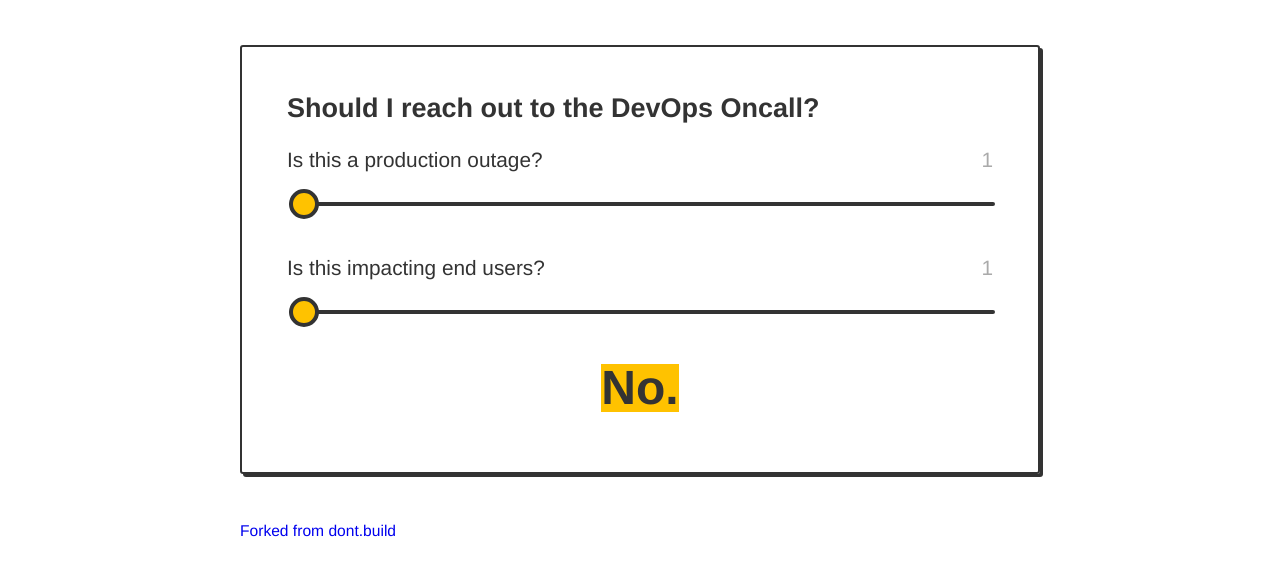
Repository: harishbsrinivas/dont.call
Page: index.html
These files come from the project's save history. The page is drawn as it stood at one moment and after the next save; the edit follows.
The browser window is 1280 px wide. The pictures show the whole page.

Above is the page before, as saved 2022-12-03 18:48:43.

### index.html
<!DOCTYPE html>
<html lang="en-US">

<head>
    <meta charset="utf-8" />
    <title>Should I reach out to the DevOps oncall?</title>
    <meta name="description"
        content="A simple, opinionated decision system to help decide whether to reach out to the Devops oncall?" />
    <link rel="shortcut icon" href="https://dont.build/favicon.png" />
    <meta property="og:image" content="https://dont.build/thumb.png">
    <meta name="viewport" content="width=device-width, initial-scale=1" />
    <link href="style.css?v=2" rel="stylesheet" type="text/css" />
</head>

<body>

    <div class="container">
        <section class="box">
            <h1 class="title">Should I reach out to the DevOps Oncall?</h1>
            <br />
            <form class="form">
                <fieldset class="p-outage">
                    <span class="value"></span>
                    <label>Is this a production outage?</label>
                    <input type="range" min="1" max="2" step="1" value="1" />
                </fieldset>
                <fieldset class="p-error">
                    <span class="value"></span>
                    <label>Is this impacting end users?</label>
                    <input type="range" min="1" max="3" step="1" value="1" />
                </fieldset>
            </form>
            <h1 class="answer">
                <span><span class="bool"></span><span class="percent"></span></span>
            </h1>
        </section>

        <noscript>
            <h1>This page requires Javascript to function.</h1>
        </noscript>

        <footer><a href="https://github.com/knadh/dont.build">Forked from dont.build</a>
        </footer>
    </div>


    <script>
        (function () {
            const params = [
                { weight: 3, value: 1, negative: false, name: 'p-outage', },
                { weight: 0.5, value: 1, negative: false, name: 'p-error', },
            ]

            params.forEach((p, n) => {
                let net = 0;
                const inp = document.querySelector(`.${p.name} input`);

                inp.value = p.value;
                inp.oninput = (e) => {
                    const val = parseFloat(e.target.value, 64);
                    document.querySelector(`.${p.name} .value`).innerText = val;
                    p.value = val;

                    // Sum all weighted params.
                    const sum = params.reduce((prev, pm) => {
                        let v = pm.value;
                        if (pm.negative) {
                            v = 10 - v;
                        }

                        return prev + (v / 10 * pm.weight);
                    }, 0);

                    // Display the results.
                    // document.querySelector(".answer .percent").innerText = `${(sum * 100).toFixed(0)}%`;

                    let b = 'Yes';
                    if (sum < 0.5 && sum > 0.46) {
                        b = `No, but a close call.`;
                    } else if (sum < 0.48) {
                        b = `No.`;
                    } else if (sum > 0.5 && sum < 0.54) {
                        b = `Yes, but a close call.`;
                    } else if (sum === 0.5) {
                        b = '50-50. Go with the gut.';
                    }
                    document.querySelector(".answer .bool").innerText = b;
                };

                inp.dispatchEvent(new Event('input'));
            });
        })();
    </script>

</body>

</html>

### style.css
:root {
    --primary: #ffc200;
    --secondary: #333;
}

* {
    box-sizing: border-box;
}

html, body {
    margin: 0;
}

body {
    font-family: 'Helvetica Neue', 'Segoe UI', Arial, sans-serif;
    font-size: 18px;
    line-height: 24px;
    color: var(--secondary);
    height: 100%;
    margin: 0;
    padding: 0;
}

h1, h2, h3 {
  line-height: 2rem;
}

a {
    text-decoration: none;
}

p {
  color: #666;
}

fieldset {
  padding: 0;
  margin: 0;
  border: 0;
}

input[type="range"] {
  -webkit-appearance: none;
  width: 100%;
  height: 4px;
  background: var(--secondary);
  border-radius: 3px;
}

input[type="range"]::-webkit-slider-thumb {
  -webkit-appearance: none;
  background: var(--primary);
  height: 30px;
  width: 30px;
  border-radius: 50%;
  cursor: pointer;
  border: 4px solid var(--secondary);
}

input[type="range"]::-moz-range-thumb {
  background: var(--primary);
  border-radius: 100%;
  height: 20px;
  width: 20px;
  cursor: pointer;
  border: 4px solid var(--secondary);
}

input[type=range]::-webkit-slider-runnable-track  {
  -webkit-appearance: none;
  box-shadow: none;
  border: none;
  background: transparent;
}


button {
    background: var(--primary);
    cursor: pointer;
    border-color: #000;
    padding: 10px 30px;
}
    button:hover {
        background: #aaa;
    }

.container {
    max-width: 800px;
    margin: 45px auto 30px auto;
}
.box {
    padding: 30px 45px;
    border: 1px solid #ddd;
    border-radius: 3px;
    border: 2px solid var(--secondary);
    box-shadow: 3px 3px 0px var(--secondary);
    margin-bottom: 45px;
}

.container .title {
  margin: 15px 0 0px 0;
}

.help {
  margin-top: 5px;
}

.form {
  clear: both;
}
.form fieldset {
  font-size: 1.3rem;
  margin-bottom: 45px;
}
  .form label {
    display: block;
    margin-bottom: 15px;
  }
  .form .value, .help {
    float: right;
    color: #aaa;
  }

.answer {
  text-align: center;
  margin: 30px 0;
  font-size: 3rem;
  line-height: 3rem;
}
  .answer span {
    display: inline-block;
    background: var(--primary);
  }

footer {
  margin: 30px auto;
  color: #999;
  font-size: 0.975rem;
}

@media (max-width: 800px) {
  .container {
    max-width: none;
    margin: 20px 30px 20px 20px;
    padding: 0;
  }
  .box {
    padding: 0;
    border: 0;
    box-shadow: none;
  }
  .help {
    float: none;
  }
  .form label {
    float: left;
    max-width: 90%;
  }
}


@media (max-width: 400px) {
  .form label {
    max-width: 70%;
  }
}

After the next save:
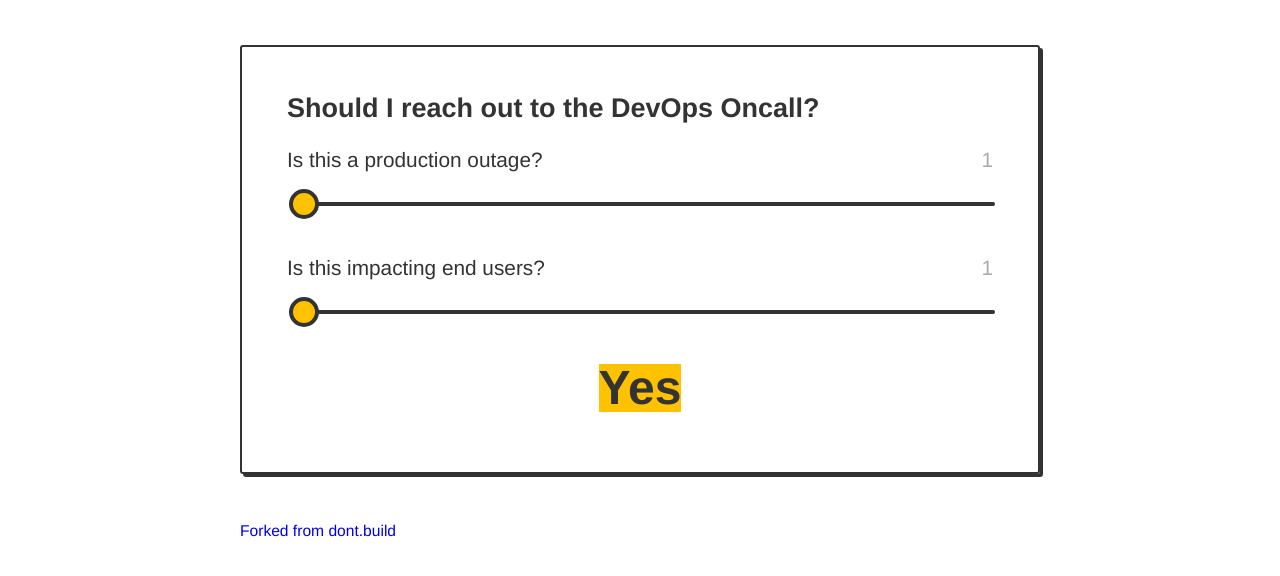
Saved 8 s later.
--- a/index.html
+++ b/index.html
@@ -48,7 +48,7 @@
         (function () {
             const params = [
                 { weight: 3, value: 1, negative: false, name: 'p-outage', },
-                { weight: 0.5, value: 1, negative: false, name: 'p-error', },
+                { weight: 3, value: 1, negative: false, name: 'p-error', },
             ]
 
             params.forEach((p, n) => {

After the save that followed:
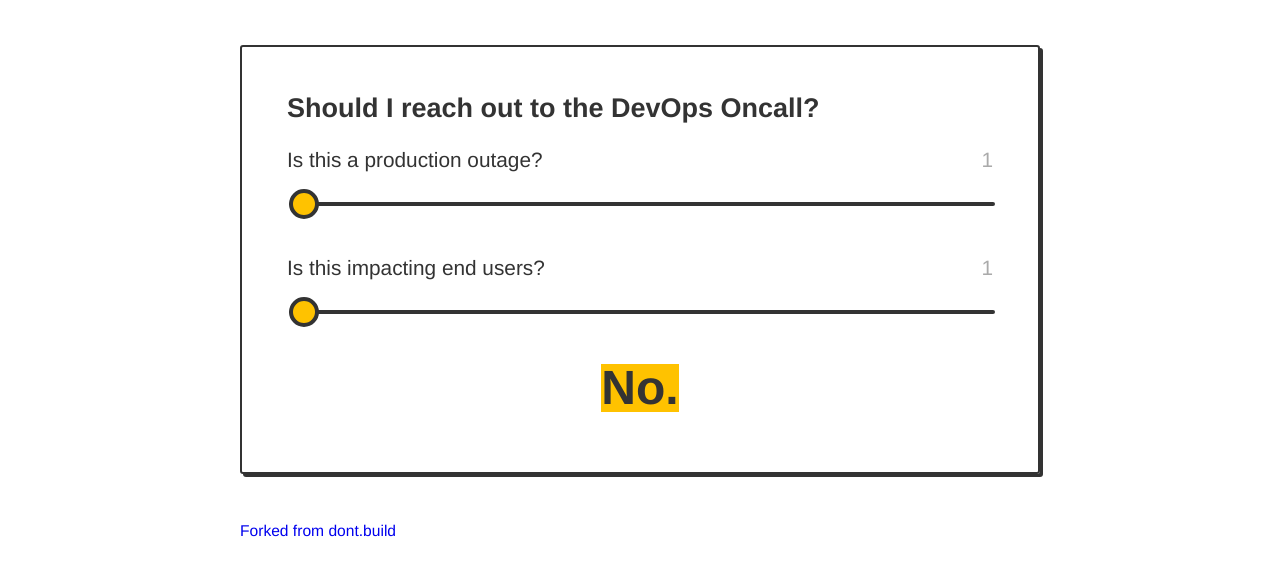
Saved 15 s later.
--- a/index.html
+++ b/index.html
@@ -48,7 +48,7 @@
         (function () {
             const params = [
                 { weight: 3, value: 1, negative: false, name: 'p-outage', },
-                { weight: 3, value: 1, negative: false, name: 'p-error', },
+                { weight: 1, value: 1, negative: false, name: 'p-error', },
             ]
 
             params.forEach((p, n) => {
